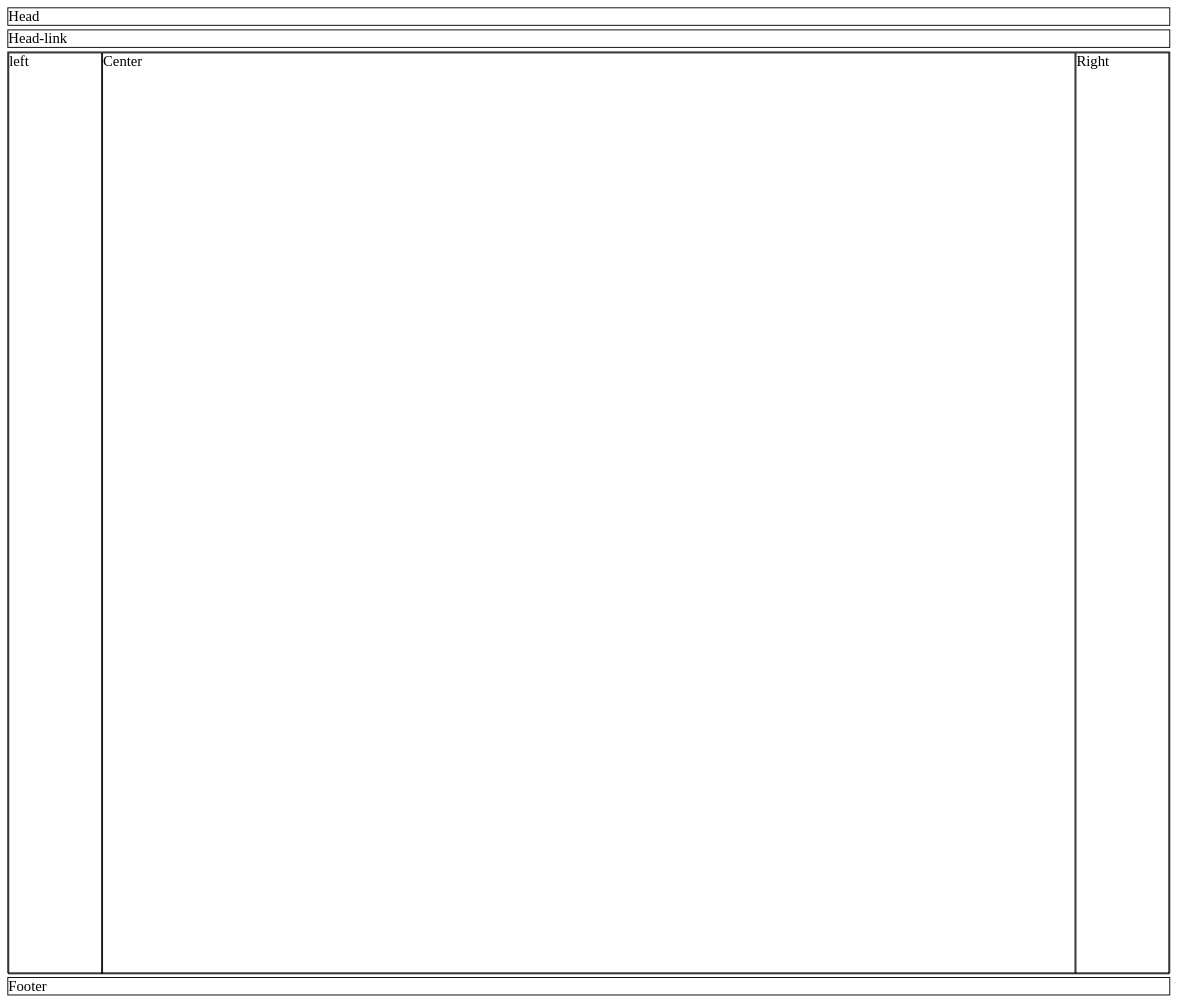
Repository: Lehuyhuynh/BTH2-CSS
Page: index.html
These files come from the project's save history. The page is drawn as it stood at one moment and after a run of saves; the edit follows.
The browser window is 1280 px wide. The pictures show the whole page, at 92% of full size.

Above is the page before, as saved 2023-08-08 21:03:59.

After the next 4 saves:
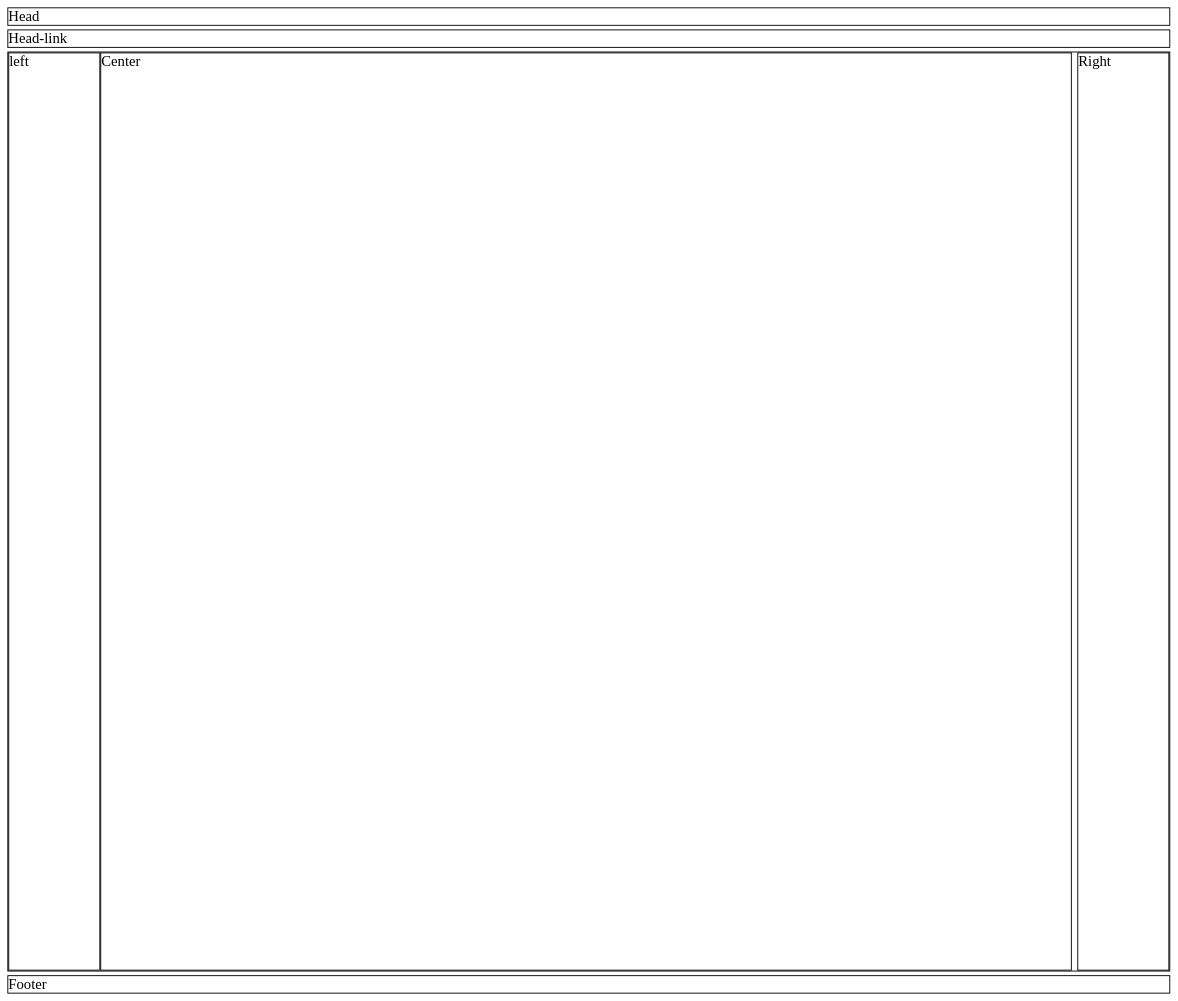
The 4 saves are shown as one change because they came seconds apart.
The last was saved 10 s later.
--- a/style.css
+++ b/style.css
@@ -1,4 +1,6 @@
-*{}
+*{
+  box-sizing: border-box;
+}
 .head, .head-link, .main, .footer{
   border: 1px solid black;
   margin-bottom: 4px;
